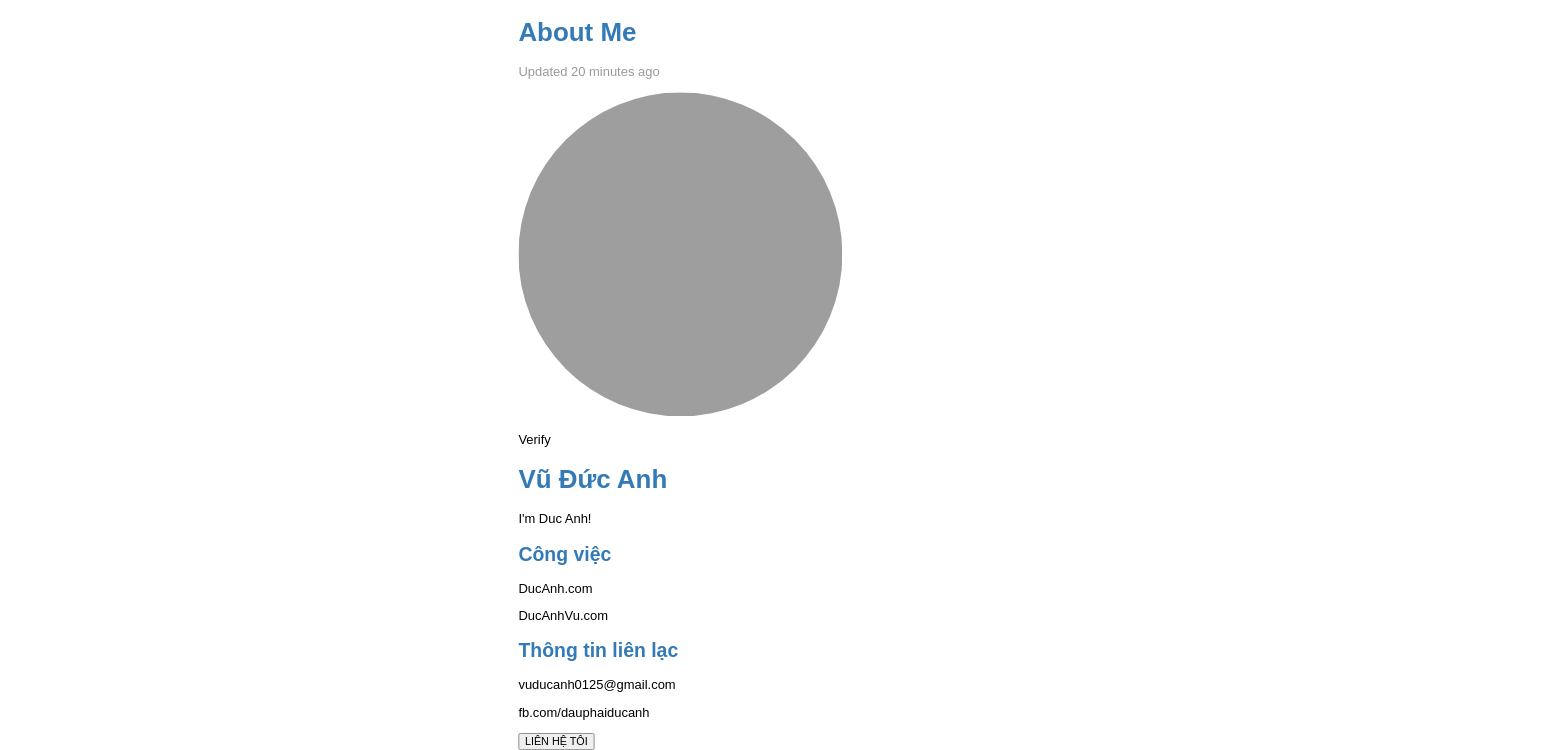
Repository: AnhDuc0125/HTML-Aptech
Page: bt1969/index.html
An editor plug-in stored every save of this project. The page is shown before and after a run of saves, followed by the edit.
The browser window is 1280 px wide. The page is 1920 px wide, then 1280 px, so the pictures cover 1920 px, including what lies to the right of the window. The pictures show the whole page, at 81% of full size.
Pictures or frames that could not be fetched are drawn as grey boxes.

Above is the page before, as saved 2021-12-25 13:32:19.

### bt1969/index.html
<!DOCTYPE html>
<html lang="en">
<head>
    <meta charset="UTF-8">
    <meta http-equiv="X-UA-Compatible" content="IE=edge">
    <meta name="viewport" content="width=device-width, initial-scale=1.0">
    <title>About Me</title>
    <link rel="stylesheet" href="style.css">
</head>
<body>
    <h1>About Me</h1>
    <p class="time_detail">Updated 20 minutes ago</p>
    <div class="wrapper">
        <div class="top">
            <img src="https://vcdn1-vnexpress.vnecdn.net/2021/11/10/12-IMG-2135_1636470641-1636515526.jpg?w=1200&h=0&q=100&dpr=1&fit=crop&s=UE7B746Ht5Ef5CqLrftw2g" alt="">
            <p class="verify">Verify</p>
            <h1>Vũ Đức Anh</h1>
            <p class="des">I'm Duc Anh!</p>
        </div>
        <div class="bottom">
            <div class="bottom-left">
                <h2>Công việc</h2>
                <p class="work">DucAnh.com</p>
                <p class="work">DucAnhVu.com</p>
            </div>
            <div class="bottm-right"></div>
                <h2>Thông tin liên lạc</h2>
                <p class="mail">vuducanh0125@gmail.com</p>
                <p class="mail">fb.com/dauphaiducanh</p>
        </div>
        <button>LIÊN HỆ TÔI</button>
    </div>
</body>
</html>

### bt1969/style.css
body {
    position: relative;
    font-family: arial;
    margin: 0;
    padding: 0;
    left: 50%;
}


h1, h2 {
    color: #337ab7;
}

.time_detail {
    color: #999;
}

img {
    width: 400px;
    height: 400px;
    background-size: cover;
    border-radius: 50%;
}

After the next 2 saves:
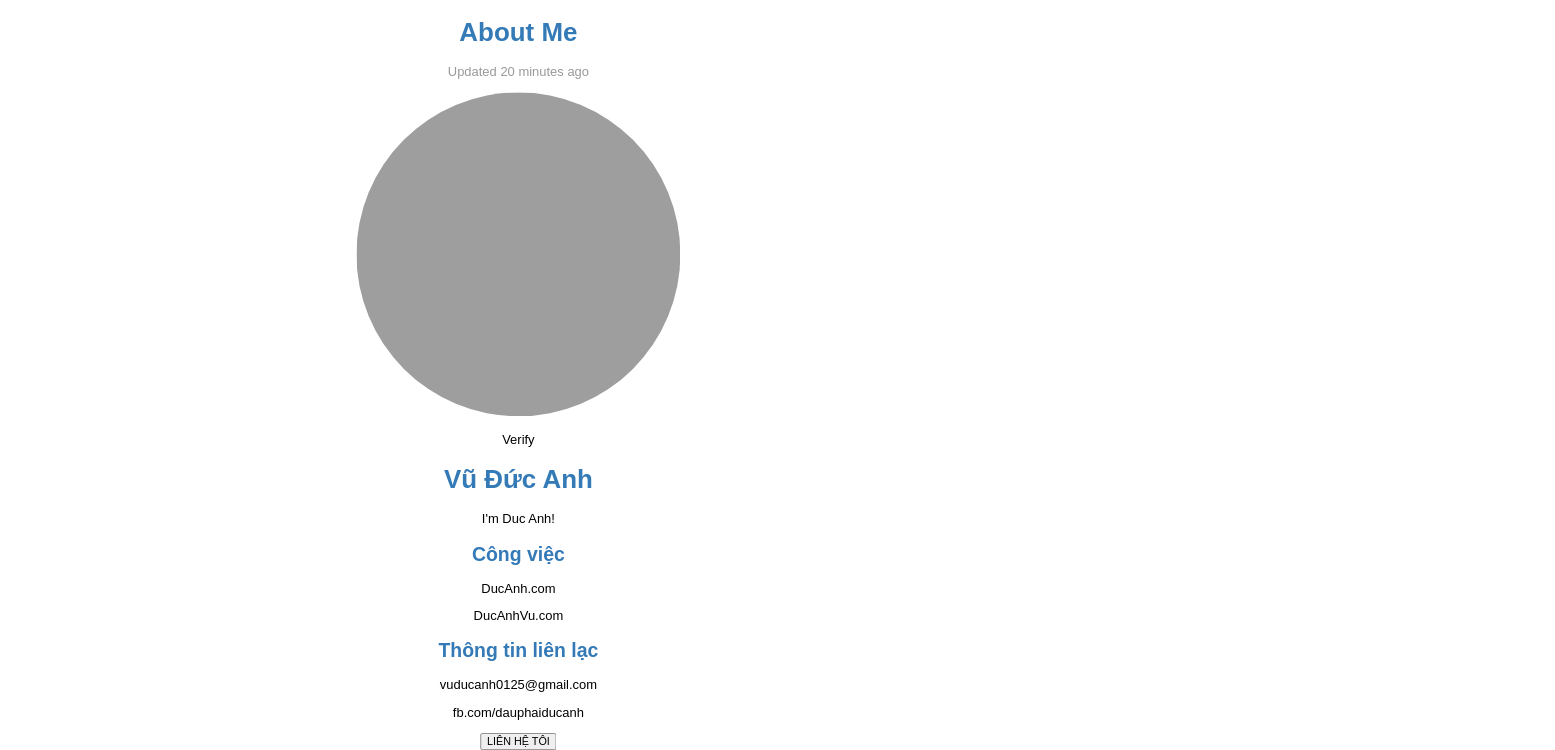
The 2 saves are shown as one change because they came seconds apart.
The last was saved 14 s later.
--- a/bt1969/style.css
+++ b/bt1969/style.css
@@ -3,7 +3,7 @@ body {
     font-family: arial;
     margin: 0;
     padding: 0;
-    left: 50%;
+    text-align: center;
 }
 
 
